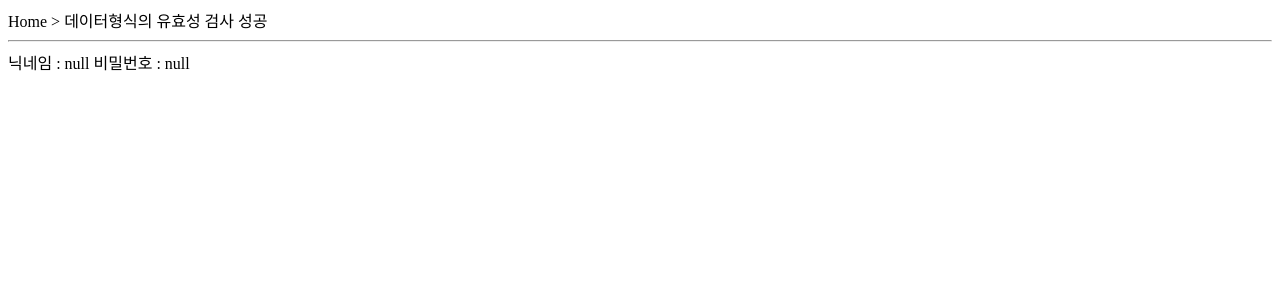
Repository: parkgyutaee/My_JAVA_Project
Page: http://localhost/JSPStudy/regularExpression_success.jsp
An editor plug-in stored every save of this project. The page is shown before and after the next save, followed by the edit.
The browser window is 1280 px wide. The pictures show the whole page.
The page is served by Tomcat 10. Other server files are loaded and not shown.

Above is the page before, as saved 2025-07-11 01:11:15.

### Workspace/JSPStudy/src/main/webapp/regularExpression_success.jsp
<%@ page language="java" contentType="text/html; charset=UTF-8"
    pageEncoding="UTF-8"%>
<!DOCTYPE html>
<html>
<head>
<meta charset="UTF-8">
<title>데이터 형식의 유효성 검사 완료</title>
</head>
<body>
	Home > 데이터형식의 유효성 검사 성공
	<hr>
	<%
		request.setCharacterEncoding("UTF-8");
		String name = request.getParameter("name");
		String pw = request.getParameter("pw");
	%>
	닉네임 : <%=name  %>
	비밀번호 : <%= pw %>
</body>
</html>

After the next save:
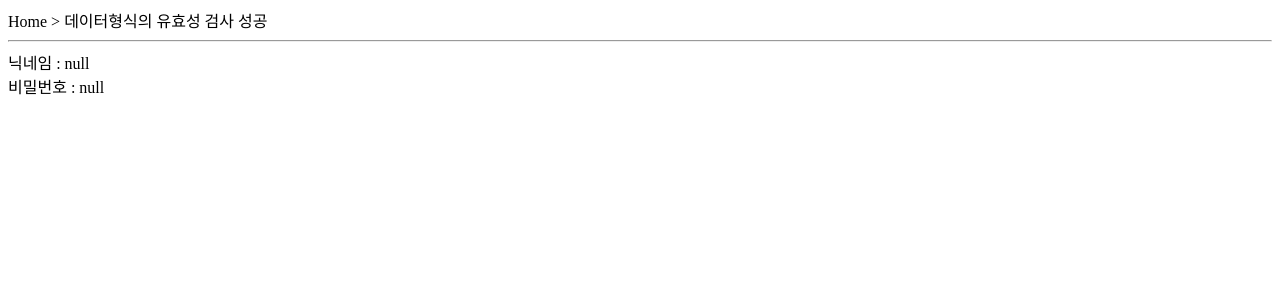
Saved 4 s later.
--- a/Workspace/JSPStudy/src/main/webapp/regularExpression_success.jsp
+++ b/Workspace/JSPStudy/src/main/webapp/regularExpression_success.jsp
@@ -14,7 +14,7 @@
 		String name = request.getParameter("name");
 		String pw = request.getParameter("pw");
 	%>
-	닉네임 : <%=name  %>
+	닉네임 : <%=name  %> <br>
 	비밀번호 : <%= pw %>
 </body>
 </html>
